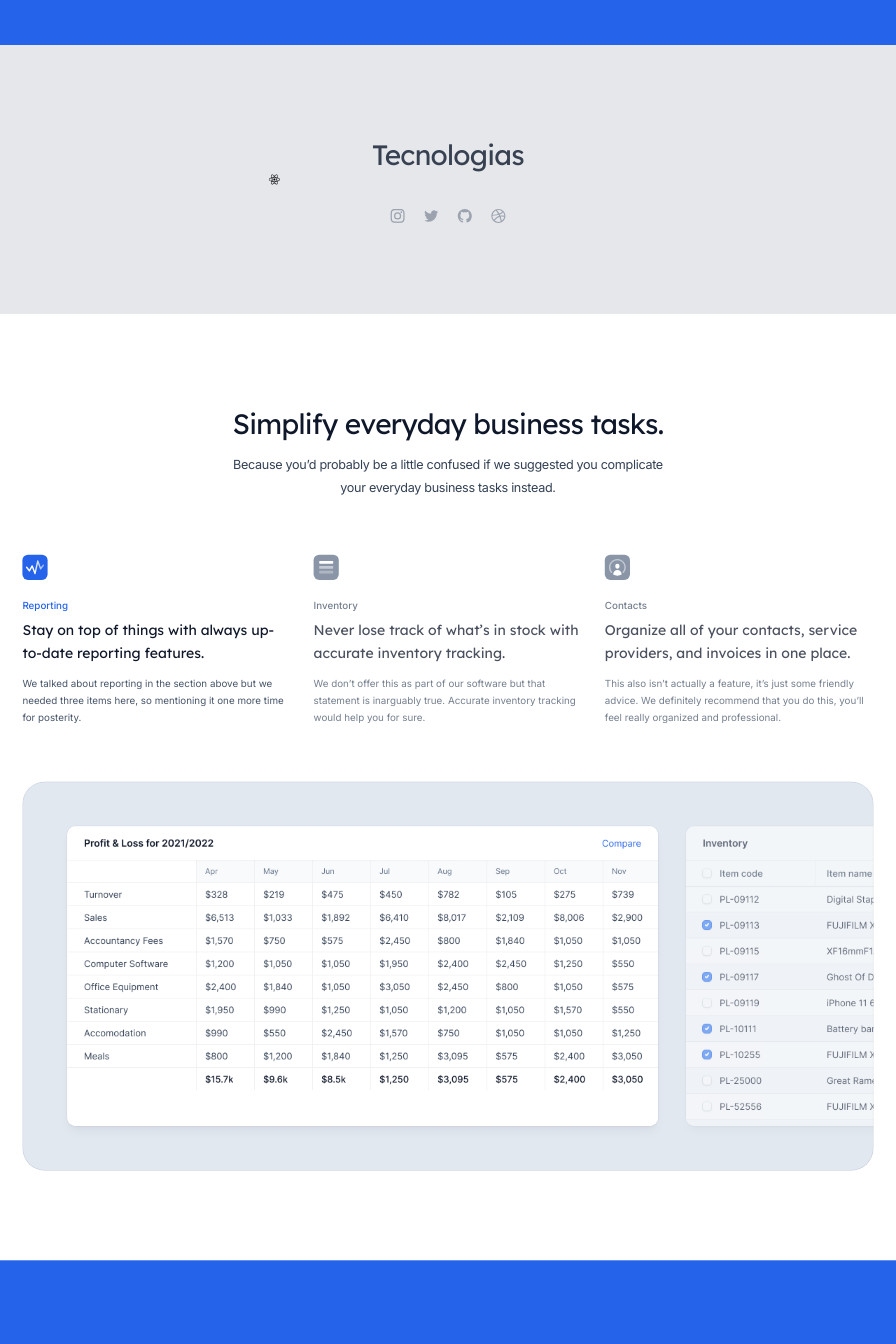
Repository: LuisSempre/imaginative
Page: /
The author's editor kept a copy of each file at every save. The page is drawn from the files as they stood at one save, then again after the next save.
The browser window is 1280 px wide. The pictures show the part of the page from y = 2998 to 4918 px (the page is 10302 px tall before and 10286 px after), at 70% of full size.
The project was rebuilt for these pictures with package versions that can differ from the ones it lists, and the page was loaded fresh each time. The framework's server and built-in components were replaced by stand-ins that run in the browser. Also part of the build but not shown: next.config.js.

Above is the page before, as saved 2022-07-15 11:04:23.

After the next save:
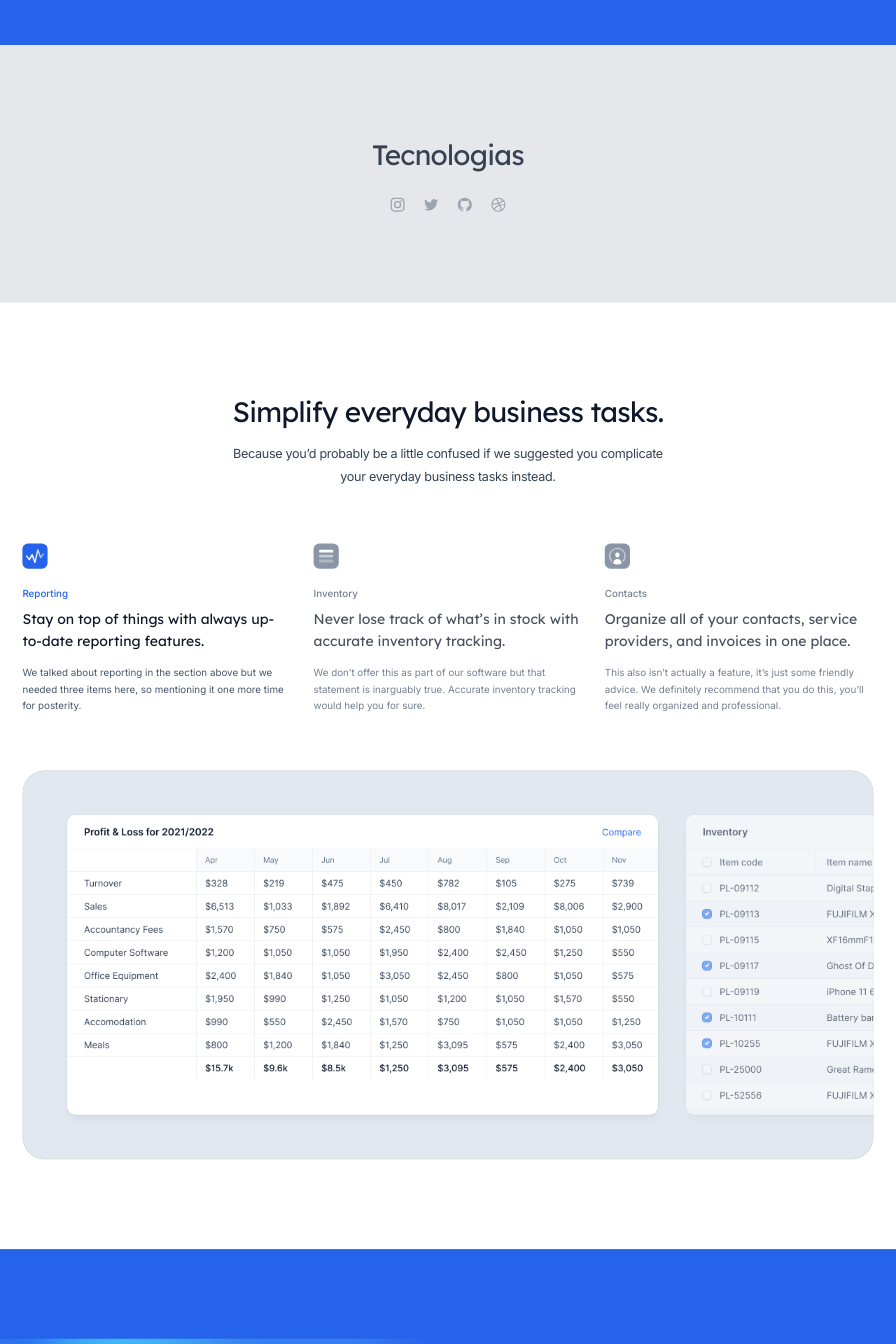
Saved 9 s later.
--- a/src/components/Tecnology.jsx
+++ b/src/components/Tecnology.jsx
@@ -1,6 +1,6 @@
 import { Container } from '@/components/Container'
-import { FaReact, FaVuejs, FaNodejs, FaPhoenixFramework } from 'react-icons/fa';
-import { SiElixir, SiTypescript  } from 'react-icons/si';
+import { FaReact, FaVuejs, FaNodejs, FaPhoenixFramework } from 'react-icons/fa'
+import { SiElixir, SiTypescript } from 'react-icons/si'
 const navigation = {
   social: [
     {
@@ -64,18 +64,18 @@
           <h2 className="text-3xl tracking-tight text-gray-700 font-display sm:text-4xl">
             Tecnologias
           </h2>
-          <div>
-
-          <FaReact />
+          <div className="flex justify-center mt-8 space-x-6">
+            {navigation.social.map((item) => (
+              <a
+                key={item.name}
+                href={item.href}
+                className="text-gray-400 hover:text-gray-500"
+              >
+                <span className="sr-only">{item.name}</span>
+                <item.icon className="w-6 h-6" aria-hidden="true" />
+              </a>
+            ))}
           </div>
-          <div className="flex justify-center mt-8 space-x-6">
-          {navigation.social.map((item) => (
-            <a key={item.name} href={item.href} className="text-gray-400 hover:text-gray-500">
-              <span className="sr-only">{item.name}</span>
-              <item.icon className="w-6 h-6" aria-hidden="true" />
-            </a>
-          ))}
-        </div>
         </div>
       </Container>
     </section>
